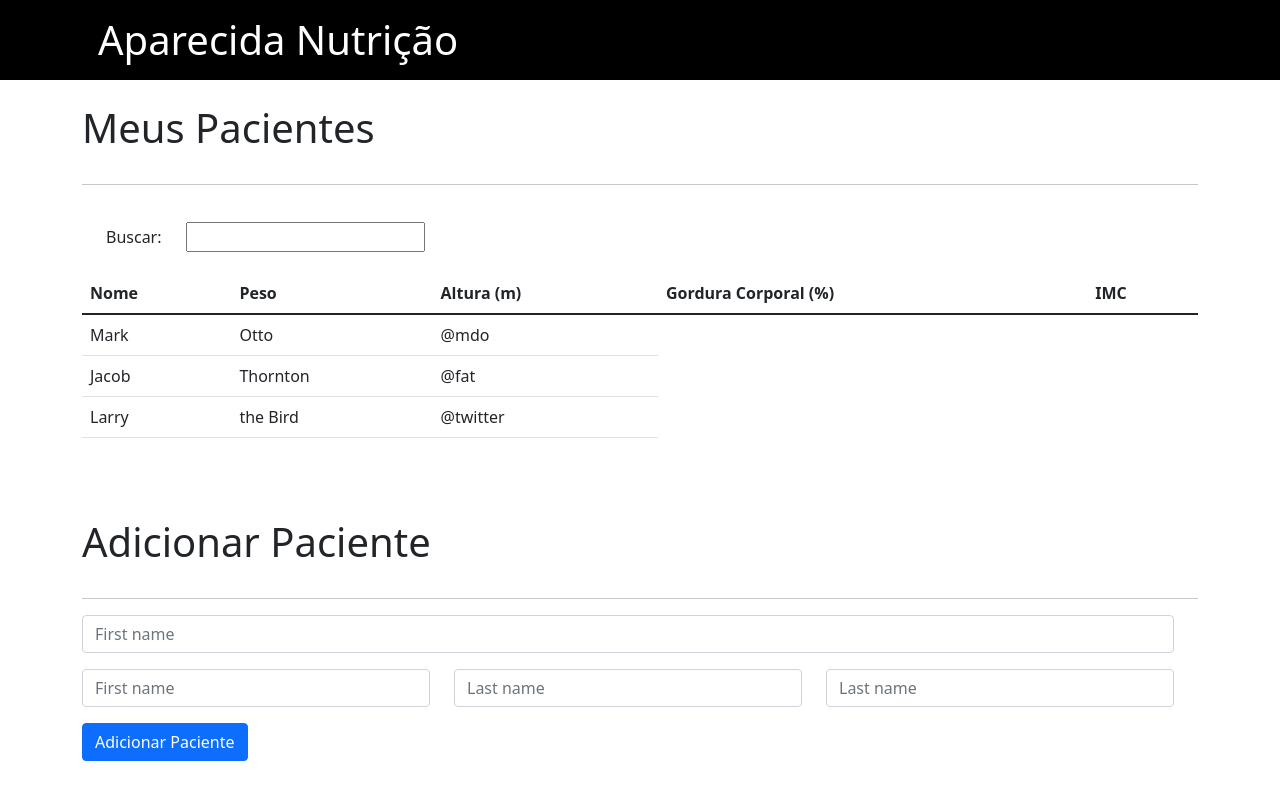
Repository: eversonps/app-paciente
Page: / (app in frontend/)
These files come from the project's save history. The page is drawn as it stood at one moment and after the next save; the edit follows.
The browser window is 1280 px wide. The pictures show the whole page.
The project was rebuilt for these pictures with package versions that can differ from the ones it lists, and the page was loaded fresh each time.

Above is the page before, as saved 2022-03-28 14:47:38.

### frontend/src/index.js
import React from 'react';
import ReactDOM from 'react-dom';
import './index.css';
import App from './App';
import  '../node_modules/bootstrap/dist/css/bootstrap.min.css'

ReactDOM.render(
    <App />,
    document.getElementById('root')
);

### frontend/src/App.jsx
import Header from "./components/Header";
import MyPacients from "./components/MyPacients";
import Main from "./components/Main"
import AddPacient from "./components/AddPacient";

function App() {
  return (
    <div className="App">
        <Header></Header>
        <Main>
            <MyPacients></MyPacients>
            <AddPacient></AddPacient>
        </Main>
    </div>
  );
}

export default App;

### frontend/src/components/Header.jsx
import React from "react";

export default props => {
    return (
        <header className="bg-black">
            <div className="container">
                <h1 className="text-white p-3">Aparecida Nutrição</h1>
            </div>
        </header>
    )
}

### frontend/src/components/MyPacients.jsx
import React from "react";
import FilterPacients from "../Templates/FilterPacients";
import Table from "../Templates/Table";
import Title from "../Templates/Title";

export default props => (
    <div>
        <Title name="Meus Pacientes"></Title>

        <FilterPacients></FilterPacients>
        <Table></Table>
    </div>
)

### frontend/src/components/Main.jsx
import React from "react";

export default props => (
    <main className="container">
        {props.children}
    </main>
)

### frontend/src/components/AddPacient.jsx
import React from "react";
import FormPacients from "../Templates/FormPacients";
import Title from "../Templates/Title"
import Button from "../Templates/Button";

export default props => (
    <div className="py-5">
        <Title name="Adicionar Paciente"></Title>
        <FormPacients></FormPacients>
        <div className="mt-3">
            <Button type="primary" name="Adicionar Paciente"></Button>
        </div>
    </div>
)

### frontend/src/Templates/FilterPacients.jsx
import React from "react";

export default props => (
    <div>
        <label className="m-4">Buscar: </label>
        <input type="text" />
    </div>
)

### frontend/src/Templates/Table.jsx
import React from "react";

export default props => (
    <div>
        <table class="table">
        <thead class="thead-dark">
            <tr>
                <th scope="col">Nome</th>
                <th scope="col">Peso</th>
                <th scope="col">Altura (m)</th>
                <th scope="col">Gordura Corporal (%)</th>
                <th scope="col">IMC</th>
            </tr>
        </thead>
        <tbody>
            <tr>
                <td>Mark</td>
                <td>Otto</td>
                <td>@mdo</td>
            </tr>
                <tr>
                <td>Jacob</td>
                <td>Thornton</td>
                <td>@fat</td>
                </tr>
            <tr>
                <td>Larry</td>
                <td>the Bird</td>
                <td>@twitter</td>
                </tr>
            </tbody>
        </table>
    </div>

)

### frontend/src/Templates/Title.jsx
import React from "react";

export default props => (
    <div>
        <h1 className="pt-3 py-3">{props.name}</h1>
        <hr />
    </div>
)

### frontend/src/Templates/FormPacients.jsx
import React from "react";

export default props => (
    <form>
        <div className="row">
            <div className="row mb-3">
                <div className="col">
                    <input type="text" className="form-control" placeholder="First name" />
                </div>
            </div>
            <div className="row">
                <div className="col">
                    <input type="text" className="form-control" placeholder="First name" />
                </div>
                <div className="col">
                    <input type="text" className="form-control" placeholder="Last name" />
                </div>
                <div className="col">
                    <input type="text" className="form-control" placeholder="Last name" />
                </div>
            </div>
        </div>
    </form>
)

### frontend/src/Templates/Button.jsx
import React from "react";

export default props => (
    <button type="button" class={`btn btn-${props.type}`}>{props.name}</button>
)

Loaded but not shown: frontend/public/index.html (common file); frontend/src/index.css (common file)

After the next save:
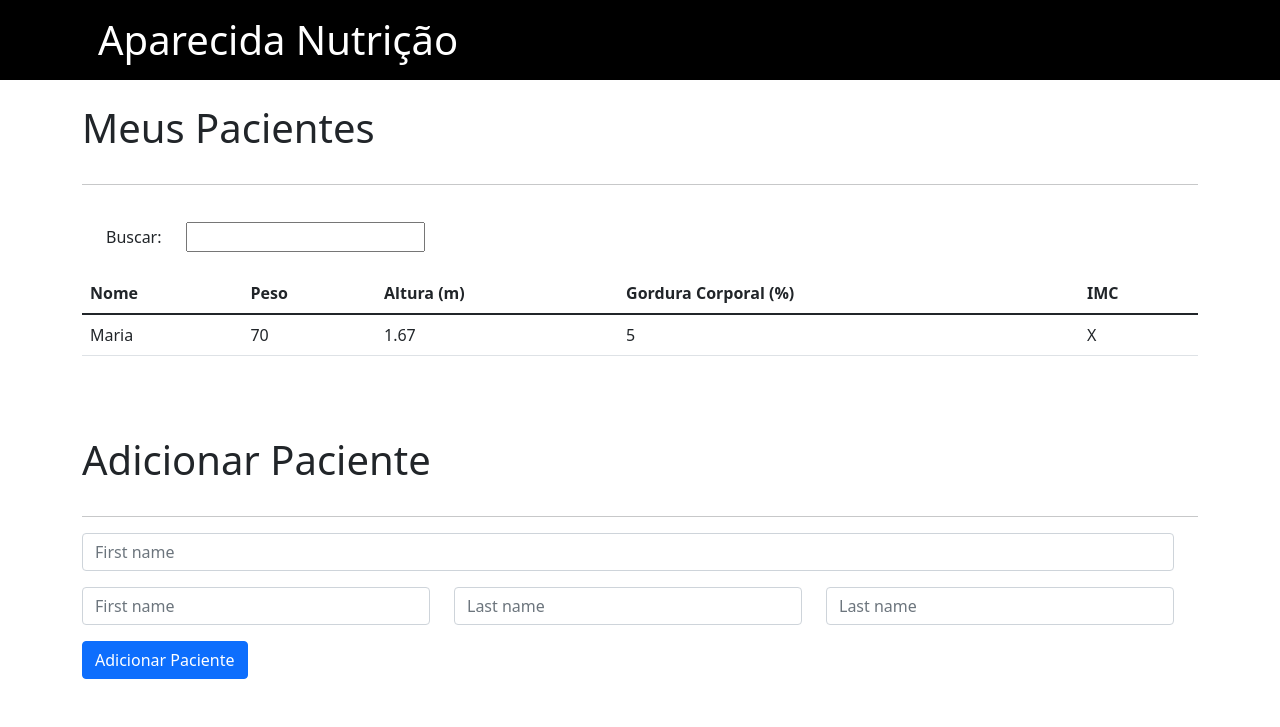
Saved 86 s later.
--- a/frontend/src/Templates/Table.jsx
+++ b/frontend/src/Templates/Table.jsx
@@ -14,20 +14,12 @@ export default props => (
         </thead>
         <tbody>
             <tr>
-                <td>Mark</td>
-                <td>Otto</td>
-                <td>@mdo</td>
+                <td>Maria</td>
+                <td>70</td>
+                <td>1.67</td>
+                <td>5</td>
+                <td>X</td>
             </tr>
-                <tr>
-                <td>Jacob</td>
-                <td>Thornton</td>
-                <td>@fat</td>
-                </tr>
-            <tr>
-                <td>Larry</td>
-                <td>the Bird</td>
-                <td>@twitter</td>
-                </tr>
             </tbody>
         </table>
     </div>
